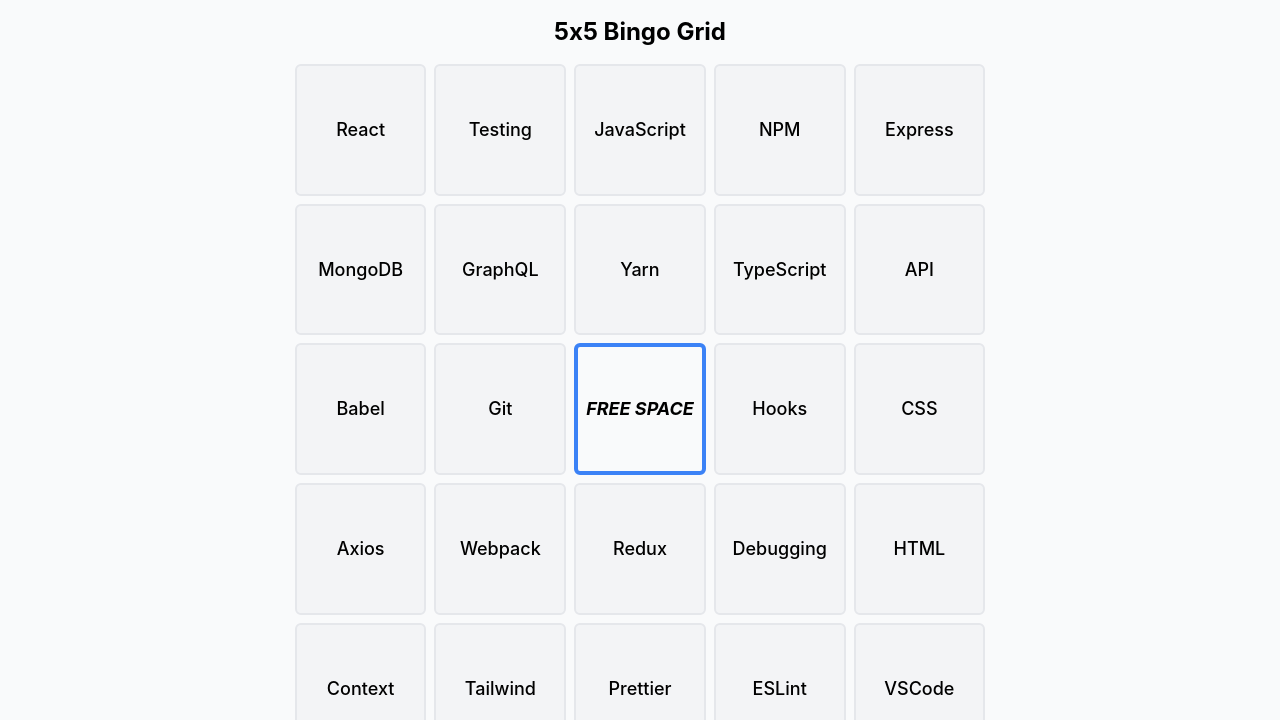
Repository: yassirbn/football-bingo
Page: /
These files come from the project's save history. The page is drawn as it stood at one moment and after the next save; the edit follows.
The browser window is 1280 px wide. The pictures show the whole page.
The project was rebuilt for these pictures with package versions that can differ from the ones it lists, and the page was loaded fresh each time.

Above is the page before, as saved 2024-11-26 18:17:59.

### src/index.css

@import url('https://fonts.googleapis.com/css2?family=Caveat:wght@400;700&display=swap');

@tailwind base;
@tailwind components;
@tailwind utilities;


body {
  margin: 0;
  font-family: -apple-system, BlinkMacSystemFont, 'Segoe UI', 'Roboto', 'Oxygen',
    'Ubuntu', 'Cantarell', 'Fira Sans', 'Droid Sans', 'Helvetica Neue',
    sans-serif;
  -webkit-font-smoothing: antialiased;
  -moz-osx-font-smoothing: grayscale;
}

code {
  font-family: source-code-pro, Menlo, Monaco, Consolas, 'Courier New',
    monospace;
}

### src/App.js
import React from "react";
import BingoGrid from "./component/BingoGrid/BingoGrid";


const App = () => {
  const words = [
    "React", "JavaScript", "CSS", "HTML", "Tailwind",
    "Redux", "API", "NodeJS", "Express", "MongoDB",
    "GraphQL", "TypeScript", "Hooks", "Context", "Webpack",
    "Babel", "Git", "NPM", "Yarn", "ESLint",
    "Prettier", "Testing", "Axios", "VSCode", "Debugging"
  ];

  return (
    <div className="min-h-screen bg-gray-50 flex items-center justify-center">
      <BingoGrid words={words} />
    </div>
  );
};

export default App;

### src/component/BingoGrid/BingoGrid.js
import React, { useState } from "react";

const BingoGrid = ({ words }) => {
  const gridSize = 5; // 5x5 grid
  const totalCells = gridSize * gridSize;

  // Shuffle words only once and store in state
  const initializeGrid = () => {
    const shuffledWords = [...words].sort(() => 0.5 - Math.random()).slice(0, totalCells);

    // Fill with placeholders if not enough words
    while (shuffledWords.length < totalCells) {
      shuffledWords.push("PLACEHOLDER");
    }

    // Replace the center cell with "FREE SPACE"
    const centerIndex = Math.floor(totalCells / 2);
    shuffledWords[centerIndex] = "FREE SPACE";

    return shuffledWords;
  };

  const [gridWords] = useState(initializeGrid);
  const [selectedCells, setSelectedCells] = useState(
    Array(totalCells).fill(false).map((_, i) => i === Math.floor(totalCells / 2)) // Center (FREE SPACE) is pre-selected
  );
  const [bingo, setBingo] = useState(false);

  // Handle cell click
  const handleCellClick = (index) => {
    if (gridWords[index] === "FREE SPACE" || selectedCells[index]) return; // Ignore clicks on FREE SPACE or already selected cells

    const updatedSelection = [...selectedCells];
    updatedSelection[index] = true;
    setSelectedCells(updatedSelection);

    // Check for Bingo
    checkForBingo(updatedSelection);
  };

  // Check for Bingo
  const checkForBingo = (selected) => {
    const checkLine = (line) => line.every((index) => selected[index]);

    // Generate all rows, columns, and diagonals
    const rows = Array.from({ length: gridSize }, (_, i) =>
      Array.from({ length: gridSize }, (_, j) => i * gridSize + j)
    );
    const cols = Array.from({ length: gridSize }, (_, i) =>
      Array.from({ length: gridSize }, (_, j) => j * gridSize + i)
    );
    const diagonal1 = Array.from({ length: gridSize }, (_, i) => i * gridSize + i);
    const diagonal2 = Array.from({ length: gridSize }, (_, i) => (i + 1) * gridSize - (i + 1));

    const lines = [...rows, ...cols, diagonal1, diagonal2];

    if (lines.some(checkLine)) {
      setBingo(true); // Set Bingo to true to trigger animations
    }
  };

  return (
    <div className="p-4 relative h-screen overflow-hidden">
      {/* Fireworks Animation */}
      {bingo && (
        <div className="absolute inset-0 z-20 flex justify-center items-center pointer-events-none">
          {/* Firework Particles */}
          {Array.from({ length: 300 }).map((_, idx) => (
            <div
              key={idx}
              className="fireworks-particle w-4 h-4 rounded-full absolute animate-fireworks"
              style={{
                "--x": `${Math.random() * 120 - 60}vw`, // Expanded X direction
                "--y": `${Math.random() * 120 - 60}vh`, // Expanded Y direction
                "--size": `${Math.random() * 10 + 5}px`, // Random size (larger particles)
                "--duration": `${Math.random() * 2 + 1.5}s`, // Increased duration for longer explosion
                "--delay": `${Math.random() * 0.5}s`, // Random delay
                backgroundColor: `hsl(${Math.random() * 360}, 100%, 50%)`, // Random color (HSL)
                transform: `rotate(${Math.random() * 360}deg)` // Random rotation for more chaos
              }}
            ></div>
          ))}
        </div>
      )}

      {/* Bingo Text Animation */}
      {bingo && (
        <div className="absolute inset-0 flex items-center justify-center z-10 animate-bingo-fade">
          <h2 className="text-7xl sm:text-8xl md:text-9xl lg:text-10xl font-extrabold text-red-600 animate-bingo-shake">
            BINGO!
          </h2>
        </div>
      )}

      {/* Bingo Grid */}
      <h1 className="text-center text-2xl font-bold mb-4">5x5 Bingo Grid</h1>
      <div
        className="grid gap-2"
        style={{
          gridTemplateColumns: `repeat(${gridSize}, minmax(50px, 1fr))`,
        }}
      >
        {gridWords.map((word, index) => (
          <div
            key={index}
            className={`flex items-center justify-center border-2 rounded-md text-center font-medium aspect-square p-2
              ${selectedCells[index] ? "bg-transparent border-4 border-blue-500 rounded-full" : "bg-gray-100 hover:bg-blue-200 cursor-pointer"}
              ${word === "FREE SPACE" ? "cursor-default" : ""}`}
            onClick={() => handleCellClick(index)}
          >
            <span
              className={`break-words text-xs sm:text-sm md:text-base lg:text-lg ${word === "FREE SPACE" ? "font-bold italic" : ""}`}
            >
              {word}
            </span>
          </div>
        ))}
      </div>
    </div>
  );
};

export default BingoGrid;

### tailwind.config.js
/** @type {import('tailwindcss').Config} */
module.exports = {
  content: ['./src/**/*.{js,jsx,ts,tsx}'],
  theme: {
    extend: {
      fontFamily: {
        handwritten: ["'Caveat'", "cursive"],
      },
      animation: {
        fireworks: "fireworks 1.5s ease-out forwards",
        "bingo-fade": "bingo-fade 2s ease-out forwards",
        "bingo-shake": "bingo-shake 0.5s ease-in-out infinite",
      },
      keyframes: {
        fireworks: {
          "0%": {
            transform: "scale(0) translate(0, 0)",
            opacity: 1,
          },
          "50%": {
            transform: "scale(1) translate(var(--x), var(--y))",
            opacity: 1,
          },
          "100%": {
            transform: "scale(2) translate(var(--x), var(--y))",
            opacity: 0,
          },
        },
        "bingo-fade": {
          "0%": { opacity: 0 },
          "100%": { opacity: 1 },
        },
        "bingo-shake": {
          "0%": { transform: "rotate(0)" },
          "25%": { transform: "rotate(5deg)" },
          "50%": { transform: "rotate(0)" },
          "75%": { transform: "rotate(-5deg)" },
          "100%": { transform: "rotate(0)" },
        },
      },
    },
  },
  plugins: [],
}

Loaded but not shown: public/index.html (common file); src/index.js (common file); src/reportWebVitals.js (common file)

After the next save:
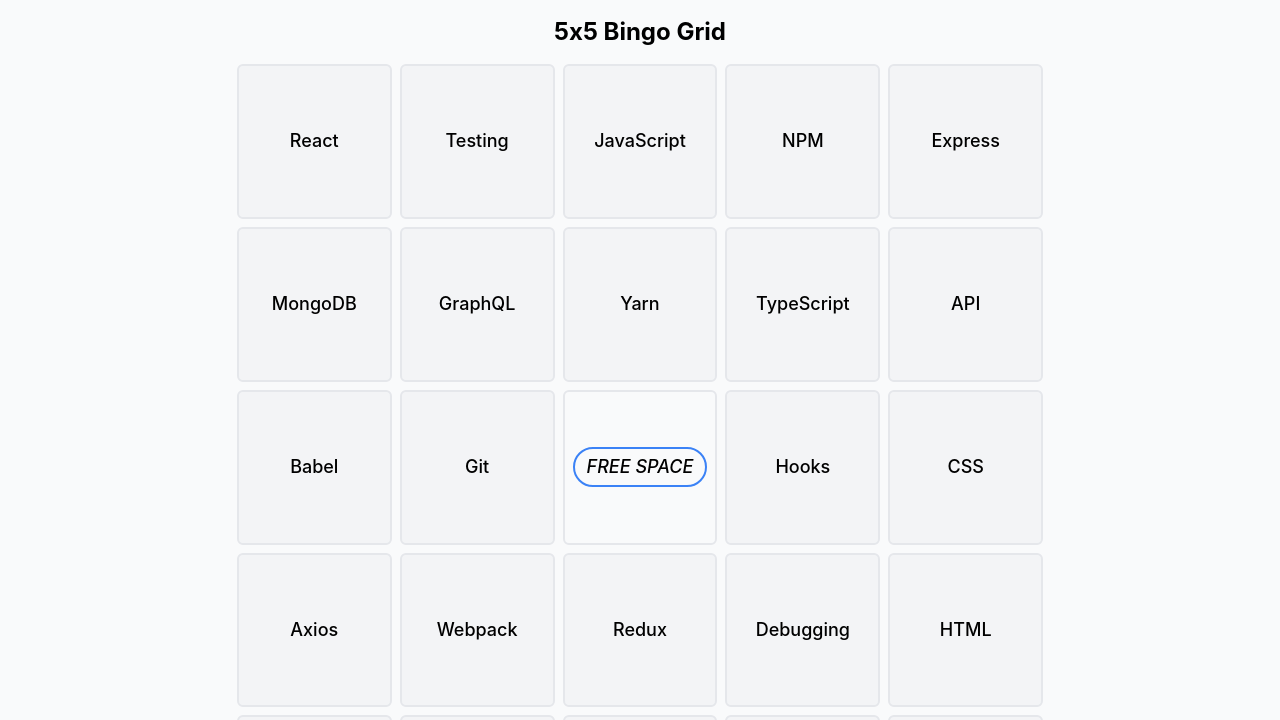
Saved 91 s later.
--- a/src/component/BingoGrid/BingoGrid.js
+++ b/src/component/BingoGrid/BingoGrid.js
@@ -104,12 +104,14 @@ const BingoGrid = ({ words }) => {
           <div
             key={index}
             className={`flex items-center justify-center border-2 rounded-md text-center font-medium aspect-square p-2
-              ${selectedCells[index] ? "bg-transparent border-4 border-blue-500 rounded-full" : "bg-gray-100 hover:bg-blue-200 cursor-pointer"}
+              ${selectedCells[index] ? "bg-transparent" : "bg-gray-100 hover:bg-blue-200 cursor-pointer"}
               ${word === "FREE SPACE" ? "cursor-default" : ""}`}
             onClick={() => handleCellClick(index)}
           >
             <span
-              className={`break-words text-xs sm:text-sm md:text-base lg:text-lg ${word === "FREE SPACE" ? "font-bold italic" : ""}`}
+              className={`text-xs sm:text-sm md:text-base lg:text-lg font-medium
+                ${word === "FREE SPACE" ? "font-bold italic" : ""}
+                ${selectedCells[index] ? "border-2 border-blue-500 rounded-full py-1 px-3" : ""}`}
             >
               {word}
             </span>
